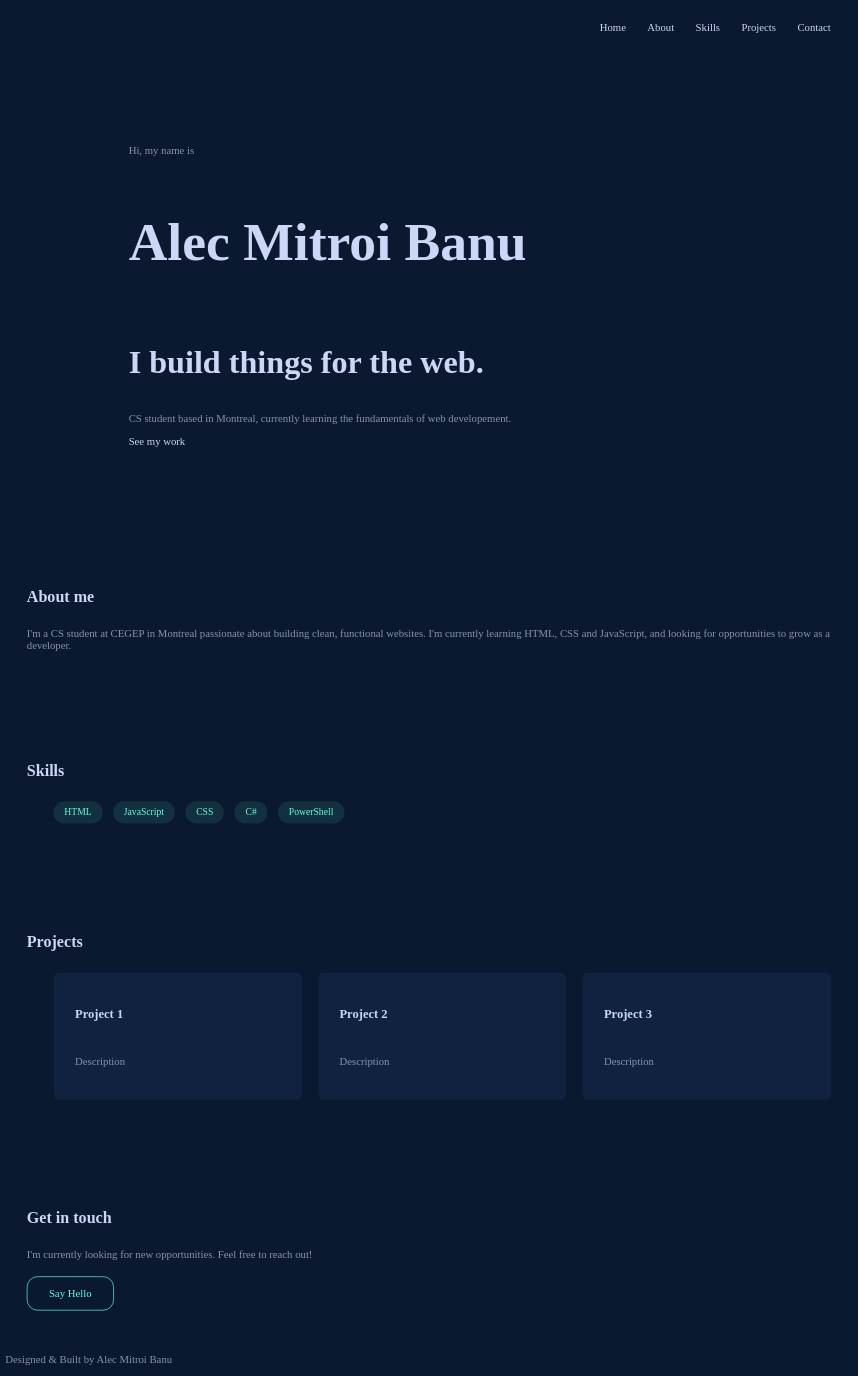
Repository: Alec-Banu/Alec-Banu
Page: index.html
These files come from the project's save history. The page is drawn as it stood at one moment and after the next save; the edit follows.
The browser window is 1280 px wide. The pictures show the whole page, at 67% of full size.

Above is the page before, as saved 2026-05-06 12:32:32.

### index.html
<!doctype html>
<html lang="en">
  <head>
    <meta charset="UTF-8" />
    <meta name="viewport" content="width=device-width, initial-scale=1.0" />
    <title>Alec Mitroi Banu</title>
    <link rel="stylesheet" href="./styles/globals.css" />
    <link rel="stylesheet" href="./styles/index.css" />
  </head>
  <body>
    <!-- Nav  -->
    <header>
      <nav>
        <a href="#hero">Home</a>
        <a href="#about">About</a>
        <a href="#skills">Skills</a>
        <a href="#projects">Projects</a>
        <a href="#contact">Contact</a>
      </nav>
    </header>

    <!-- Hero  -->

    <main>
      <section id="hero">
        <p>Hi, my name is</p>
        <h1>Alec Mitroi Banu</h1>
        <h2>I build things for the web.</h2>
        <p>
          CS student based in Montreal, currently learning the fundamentals of
          web developement.
        </p>
        <a href="#projects">See my work</a>
      </section>

      <!-- About  -->
      <section id="about">
        <h2>About me</h2>
        <p>
          I'm a CS student at CEGEP in Montreal passionate about building clean,
          functional websites. I'm currently learning HTML, CSS and JavaScript,
          and looking for opportunities to grow as a developer.
        </p>
      </section>

      <!-- Skills  -->
      <section id="skills">
        <h2>Skills</h2>
        <ul>
          <li>HTML</li>
          <li>JavaScript</li>
          <li>CSS</li>
          <li>C#</li>
          <li>PowerShell</li>
        </ul>
      </section>

      <!-- Projects -->
      <section id="projects">
        <h2>Projects</h2>
        <ul class="cards">
          <li>
            <article class="project-card">
              <h3>Project 1</h3>
              <p>Description</p>
            </article>
          </li>
          <li>
            <article class="project-card">
              <h3>Project 2</h3>
              <p>Description</p>
            </article>
          </li>
          <li>
            <article class="project-card">
              <h3>Project 3</h3>
              <p>Description</p>
            </article>
          </li>
        </ul>
      </section>

      <!-- Contact -->
      <section id="contact">
        <h2>Get in touch</h2>
        <p>
          I'm currently looking for new opportunities. Feel free to reach out!
        </p>
        <a href="mailto:alecbanu@yahoo.com">Say Hello</a>
      </section>
    </main>
    <footer>
      <p>Designed & Built by Alec Mitroi Banu</p>
    </footer>
  </body>
</html>

### styles/globals.css
body {
  background-color: #0a192f;
}

/* TODO - move to globals for re-use */

h1 {
  font-size: 2rem;
  color: #ccd6f6;
}
h2 {
  font-size: 1.5rem;
  color: #8892b0;
}
p {
  color: #8892b0;
  margin: 1rem 0;
}

a {
  text-decoration: none;
  color: #ccd6f6;
}

### styles/index.css
/* NAVIGATION ****************************/

nav {
  display: flex;
  gap: 2rem;
  padding: 1.5rem 2rem;
  justify-content: flex-end;

  background-color: #0a192f;
}

header {
  position: sticky;
  top: 0;
  right: 0;
}

/* CONTENT ****************************/

#hero {
  min-height: 100vh;
  display: flex;
  flex-direction: column;
  justify-content: center;
  padding: 0 2rem;
  max-width: 56rem;
  margin: 0 auto;
}

section {
  padding: 4rem 2rem;

  h2 {
    font-size: 1.5rem;
    margin-bottom: 2rem;
    color: #ccd6f6;
  }
}

#skills {
  ul {
    display: flex;
    flex-wrap: wrap;
    gap: 1rem;
  }
  li {
    background-color: #64ffda1a;
    color: #64ffda;
    padding: 0.5rem 1rem;
    border-radius: 1rem;
    font-size: 0.9rem;
    list-style: none;
  }
}

#projects {
  .cards {
    display: grid;
    grid-template-columns: 1fr;
    gap: 1.5rem;
    list-style: none;
  }
  .project-card {
    background-color: #112240;
    padding: 2rem;
    border-radius: 0.5rem;
    display: flex;
    flex-direction: column;
    gap: 1rem;

    h3 {
      color: #ccd6f6;
    }
    p {
      color: #8892b0;
    }
  }
}

#contact {
  a {
    border: 0.1rem solid #64ffda;
    color: #64ffda;
    padding: 1rem 2rem;
    border-radius: 1rem;
  }
  a:hover {
    background-color: #64ffda1a;
    text-decoration: none;
  }
  p {
    margin-bottom: 2.5rem;
  }
}

/* Tablet */

@media (min-width: 768px) {
  #hero h1 {
    font-size: 3.5rem;
  }
  #hero h2 {
    font-size: 2.5rem;
  }
  #projects .cards {
    grid-template-columns: 1fr 1fr;
  }
}

/* Desktop */

@media (min-width: 1024px) {
  #hero h1 {
    font-size: 5rem;
  }
  #hero h2 {
    font-size: 3rem;
  }
  #projects .cards {
    grid-template-columns: 1fr 1fr 1fr;
  }
}

After the next save:
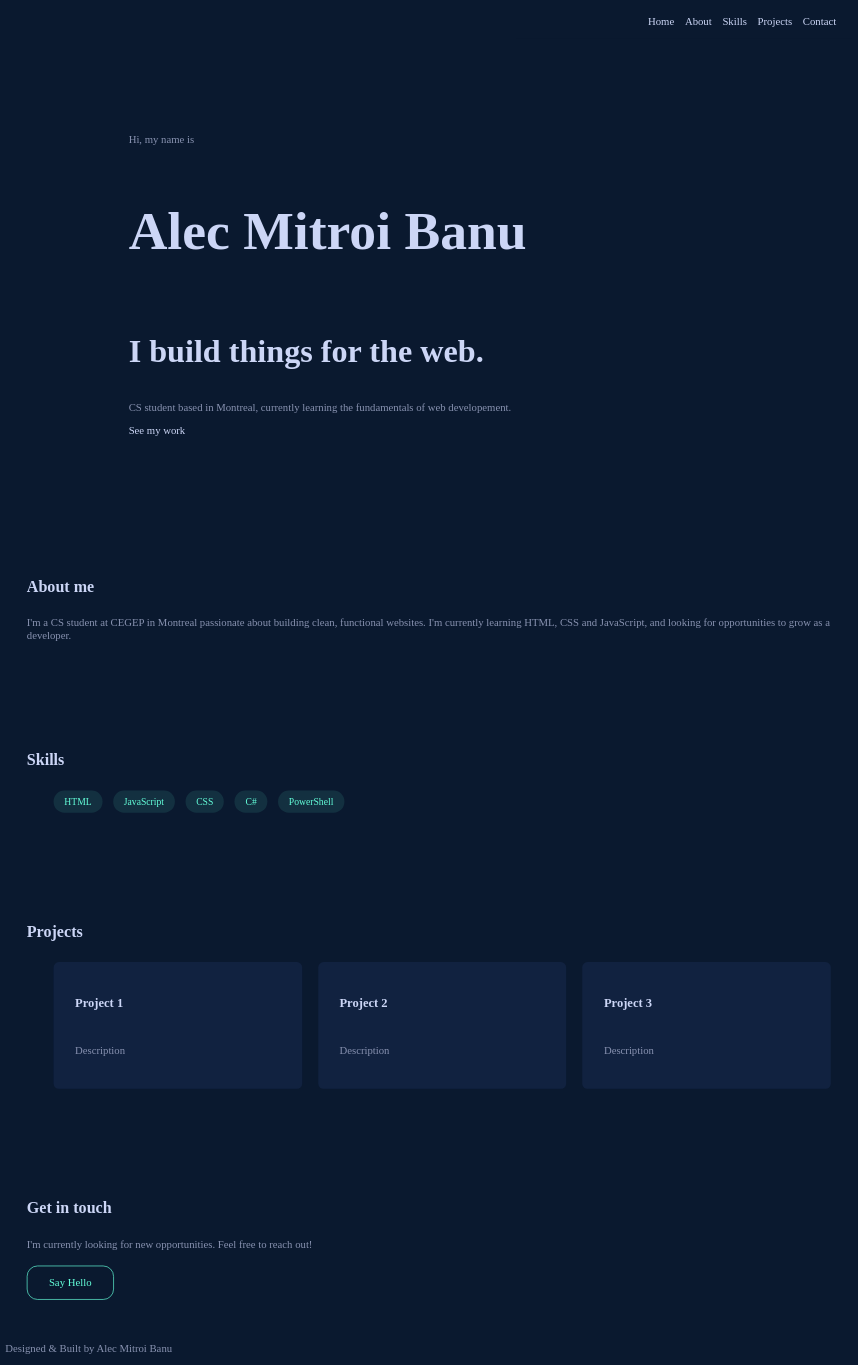
Saved 4 min 7 s later.
--- a/styles/index.css
+++ b/styles/index.css
@@ -2,10 +2,10 @@
 
 nav {
   display: flex;
-  gap: 2rem;
-  padding: 1.5rem 2rem;
+  flex-wrap: wrap;
+  gap: 1rem;
+  padding: 1rem 1.5rem;
   justify-content: flex-end;
-
   background-color: #0a192f;
 }
 

After the save that followed:
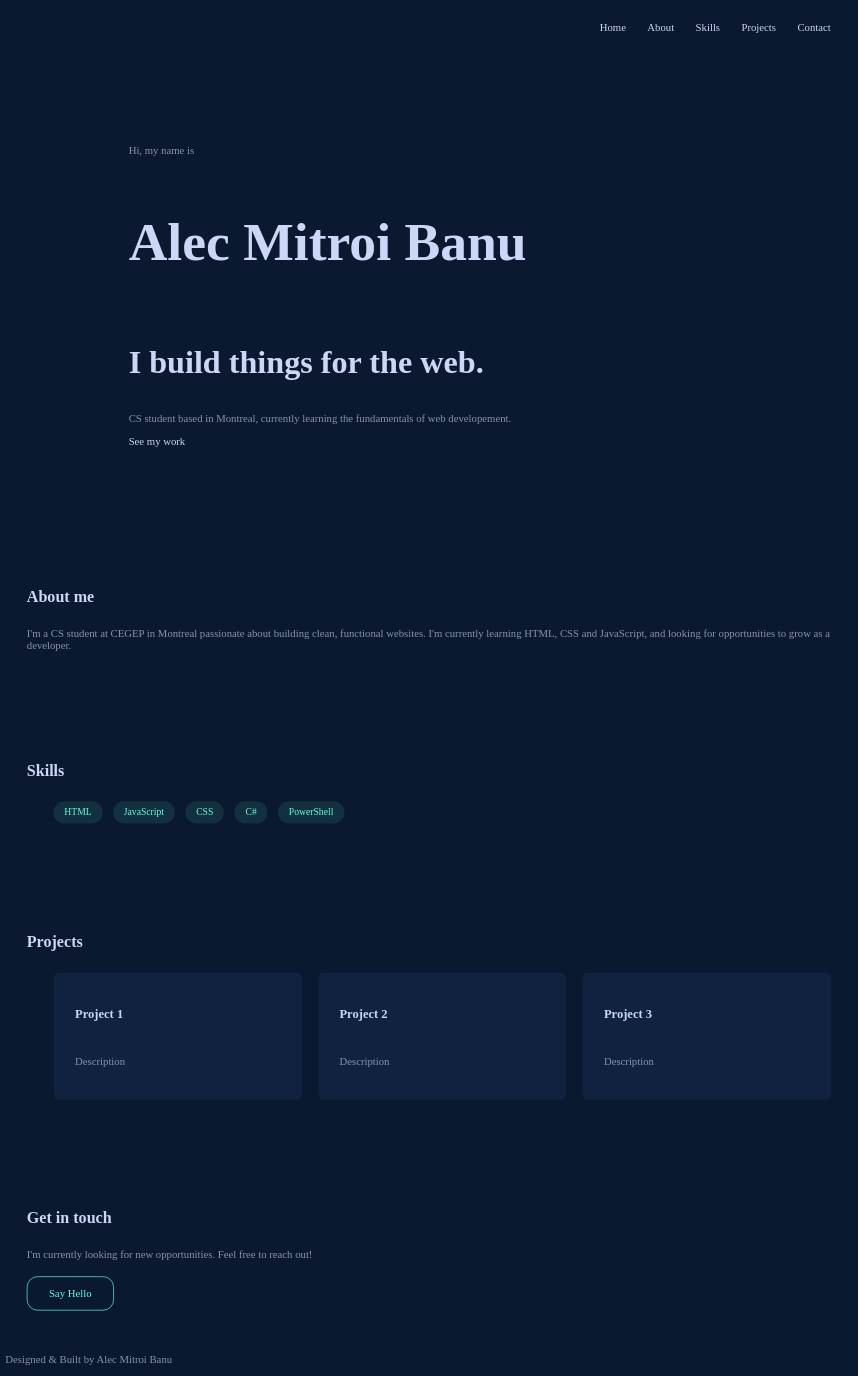
Saved 92 s later.
--- a/styles/index.css
+++ b/styles/index.css
@@ -5,7 +5,7 @@
   flex-wrap: wrap;
   gap: 1rem;
   padding: 1rem 1.5rem;
-  justify-content: flex-end;
+  justify-content: center;
   background-color: #0a192f;
 }
 
@@ -105,6 +105,11 @@
   #projects .cards {
     grid-template-columns: 1fr 1fr;
   }
+  nav {
+    gap: 2rem;
+    padding: 1.5rem 2rem;
+    justify-content: flex-end;
+  }
 }
 
 /* Desktop */
